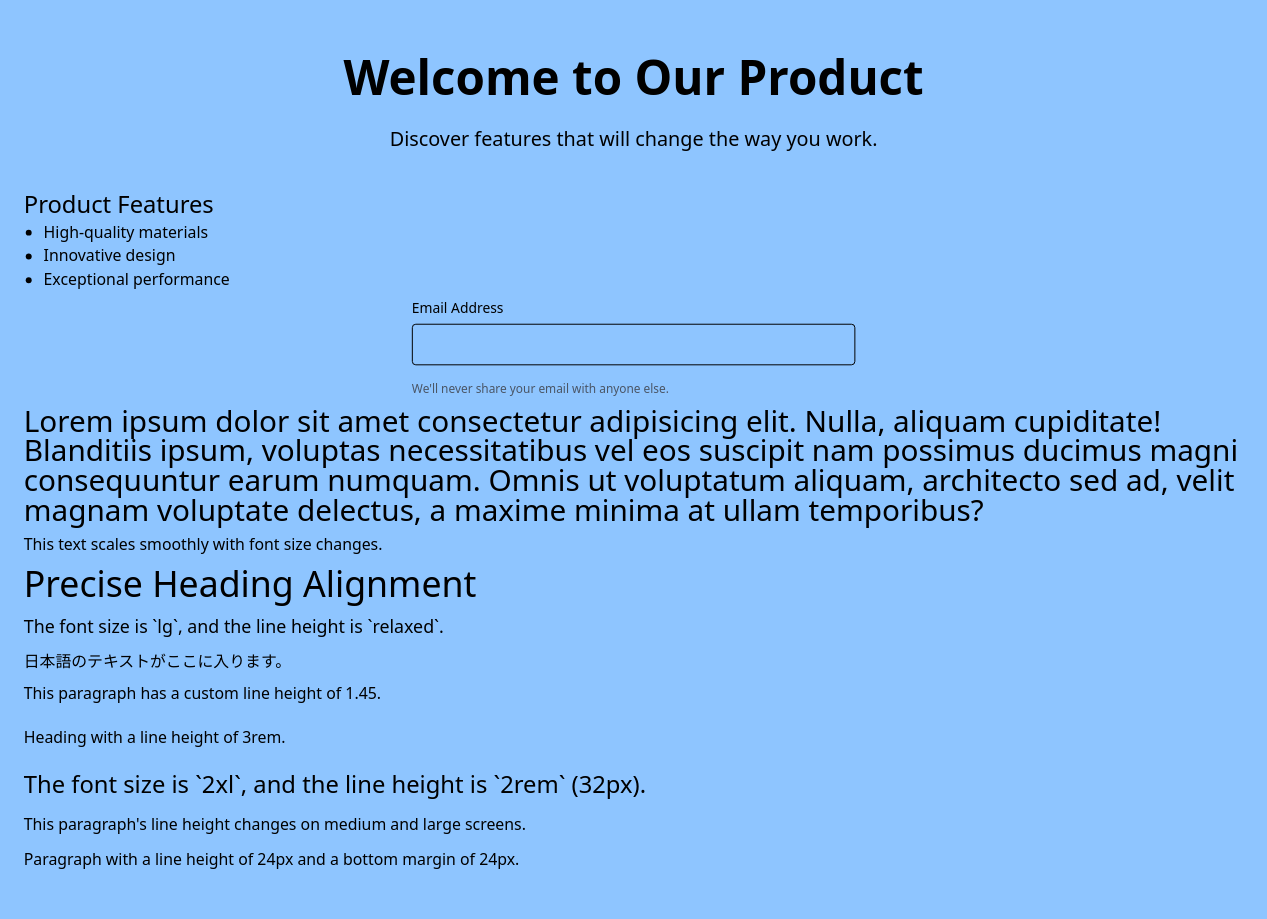
Repository: DinTri/TailwindCss
Page: index.html
The author's editor kept a copy of each file at every save. The page is drawn from the files as they stood at one save, then again after the next save.
The browser window is 1280 px wide. The pictures show the whole page, at 99% of full size.
Some web fonts or font styles are not loaded; a fallback is used.

Above is the page before, as saved 2025-06-09 21:40:35.

### index.html
<!DOCTYPE html>
<html lang="en">
  <head>
    <meta charset="UTF-8">
    <meta name="viewport" content="width=device-width, initial-scale=1">
    <title>Play with Tailwind</title>
    <link rel="preconnect" href="https://fonts.googleapis.com">
<link rel="preconnect" href="https://fonts.gstatic.com" crossorigin>
<link href="https://fonts.googleapis.com/css2?family=Edu+VIC+WA+NT+Hand+Pre:wght@400..700&display=swap" rel="stylesheet">
    <link rel="stylesheet" href="style.css">
    </head>
  <body class="bg-blue-300">
    <div class="m-2 p-4 space-y-2">
      <section class="text-center py-6">
  <h1 class="text-5xl leading-tight font-bold">
    Welcome to Our Product
  </h1>
  <p class="text-xl leading-relaxed mt-4">
    Discover features that will change the way you work.
  </p>
</section>
<div class="product-description">
  <h2 class="text-2xl leading-snug">
    Product Features
  </h2>
  <ul class="list-disc pl-5 leading-normal">
    <li>High-quality materials</li>
    <li>Innovative design</li>
    <li>Exceptional performance</li>
  </ul>
</div>
<form class="max-w-md mx-auto">
  <label id="testLabel" class="block text-sm leading-tight mb-2">
    Email Address
  </label>
  <input type="email" aria-labelledby="testLabel" class="w-full border rounded px-3 py-2 mb-4">
  <small class="block text-xs leading-snug text-gray-600">
    We'll never share your email with anyone else.
  </small>
</form>
    <p class="text-3xl leading-none font-normal">Lorem ipsum dolor sit amet consectetur adipisicing elit. Nulla, aliquam cupiditate! Blanditiis ipsum, voluptas necessitatibus vel eos suscipit nam possimus ducimus magni consequuntur earum numquam. Omnis ut voluptatum aliquam, architecto sed ad, velit magnam voluptate delectus, a maxime minima at ullam temporibus?</p>
    <p class="text-base leading-normal">
  This text scales smoothly with font size changes.
</p>
<h1 class="text-4xl leading-10">
  Precise Heading Alignment
</h1>
<p class="text-lg/relaxed">
  The font size is `lg`, and the line height is `relaxed`.
</p>
<p class="leading-relaxed" lang="ja">
  日本語のテキストがここに入ります。
</p>
<p class="leading-[1.45]">
  This paragraph has a custom line height of 1.45.
</p>

<h1 class="leading-[3rem]">
  Heading with a line height of 3rem.
</h1>
<p class="text-2xl/8">
  The font size is `2xl`, and the line height is `2rem` (32px).
</p>
<p class="leading-normal md:leading-relaxed lg:leading-loose">
  This paragraph's line height changes on medium and large screens.
</p>
<p class="text-base leading-6 mb-6">
  Paragraph with a line height of 24px and a bottom margin of 24px.
</p>
  </div>
  </body>
</html>

Loaded but not shown: style.css (2230 lines, source omitted)

After the next save:
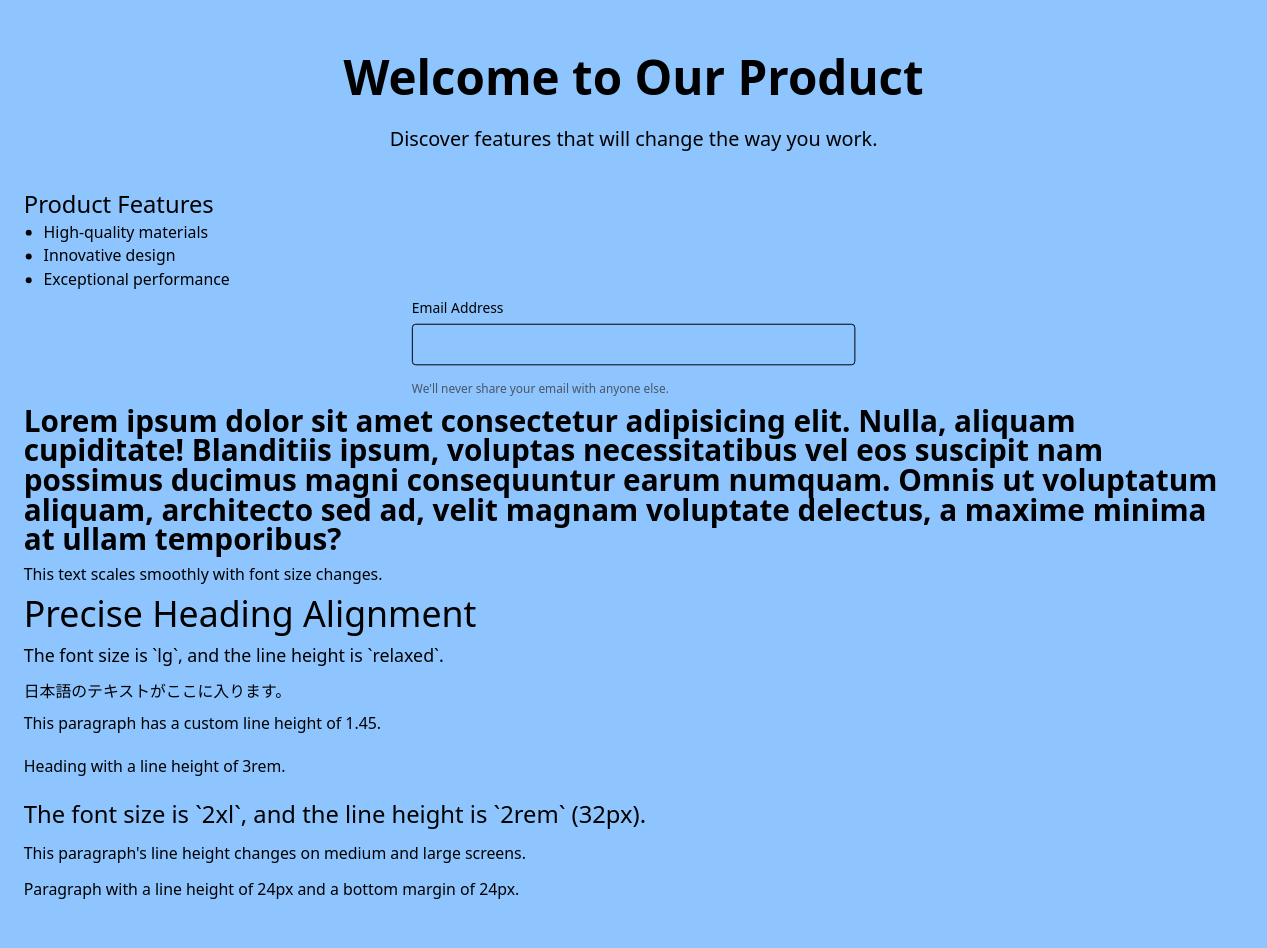
Saved 8 s later.
--- a/index.html
+++ b/index.html
@@ -38,7 +38,7 @@
     We'll never share your email with anyone else.
   </small>
 </form>
-    <p class="text-3xl leading-none font-normal">Lorem ipsum dolor sit amet consectetur adipisicing elit. Nulla, aliquam cupiditate! Blanditiis ipsum, voluptas necessitatibus vel eos suscipit nam possimus ducimus magni consequuntur earum numquam. Omnis ut voluptatum aliquam, architecto sed ad, velit magnam voluptate delectus, a maxime minima at ullam temporibus?</p>
+    <p class="text-3xl leading-none font-semibold">Lorem ipsum dolor sit amet consectetur adipisicing elit. Nulla, aliquam cupiditate! Blanditiis ipsum, voluptas necessitatibus vel eos suscipit nam possimus ducimus magni consequuntur earum numquam. Omnis ut voluptatum aliquam, architecto sed ad, velit magnam voluptate delectus, a maxime minima at ullam temporibus?</p>
     <p class="text-base leading-normal">
   This text scales smoothly with font size changes.
 </p>

After the 3 saves that followed:
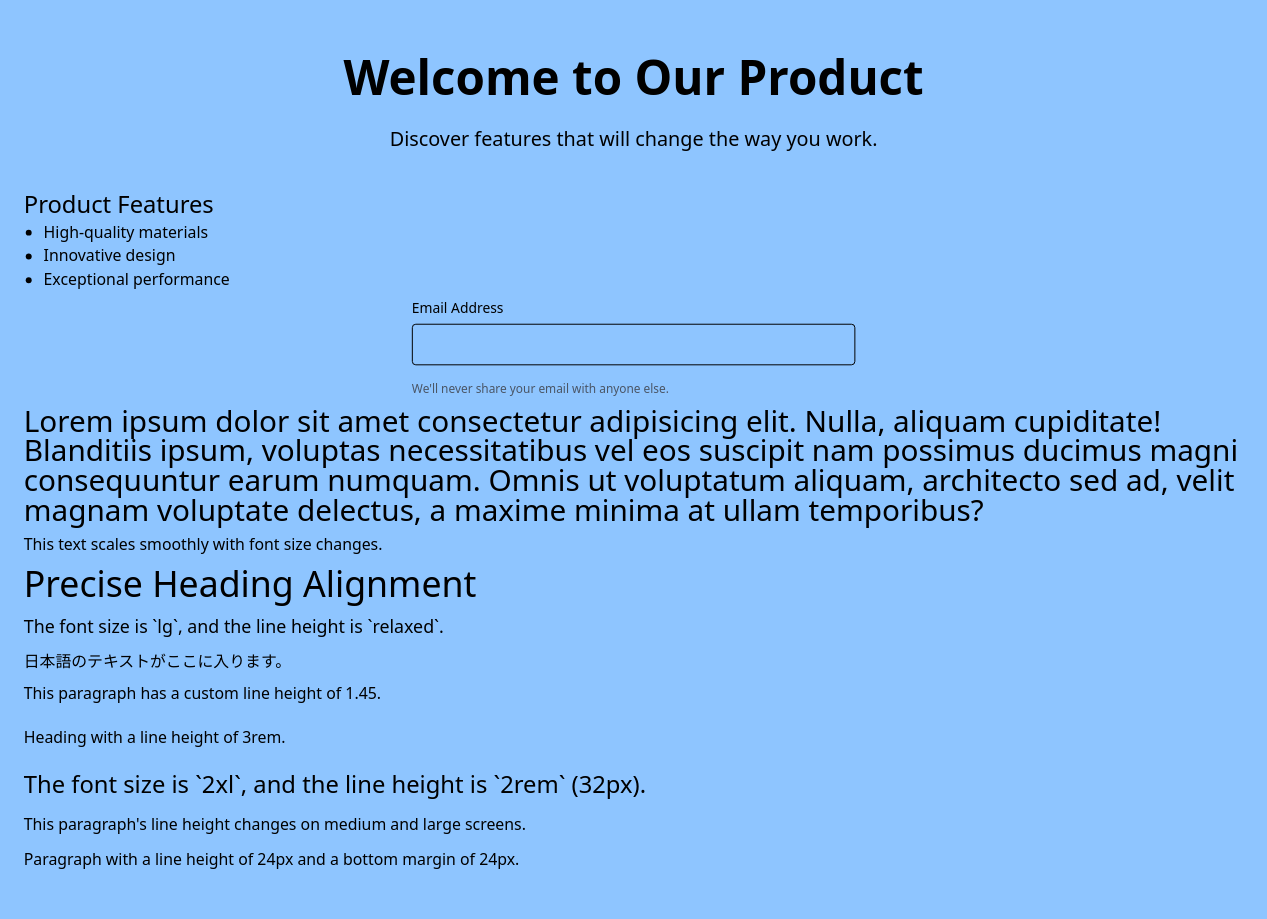
The 3 saves are shown as one change because 2 left the picture as it was.
The last was saved 37 s later.
--- a/index.html
+++ b/index.html
@@ -38,7 +38,7 @@
     We'll never share your email with anyone else.
   </small>
 </form>
-    <p class="text-3xl leading-none font-semibold">Lorem ipsum dolor sit amet consectetur adipisicing elit. Nulla, aliquam cupiditate! Blanditiis ipsum, voluptas necessitatibus vel eos suscipit nam possimus ducimus magni consequuntur earum numquam. Omnis ut voluptatum aliquam, architecto sed ad, velit magnam voluptate delectus, a maxime minima at ullam temporibus?</p>
+    <p class="text-3xl leading-none font-[500]">Lorem ipsum dolor sit amet consectetur adipisicing elit. Nulla, aliquam cupiditate! Blanditiis ipsum, voluptas necessitatibus vel eos suscipit nam possimus ducimus magni consequuntur earum numquam. Omnis ut voluptatum aliquam, architecto sed ad, velit magnam voluptate delectus, a maxime minima at ullam temporibus?</p>
     <p class="text-base leading-normal">
   This text scales smoothly with font size changes.
 </p>
